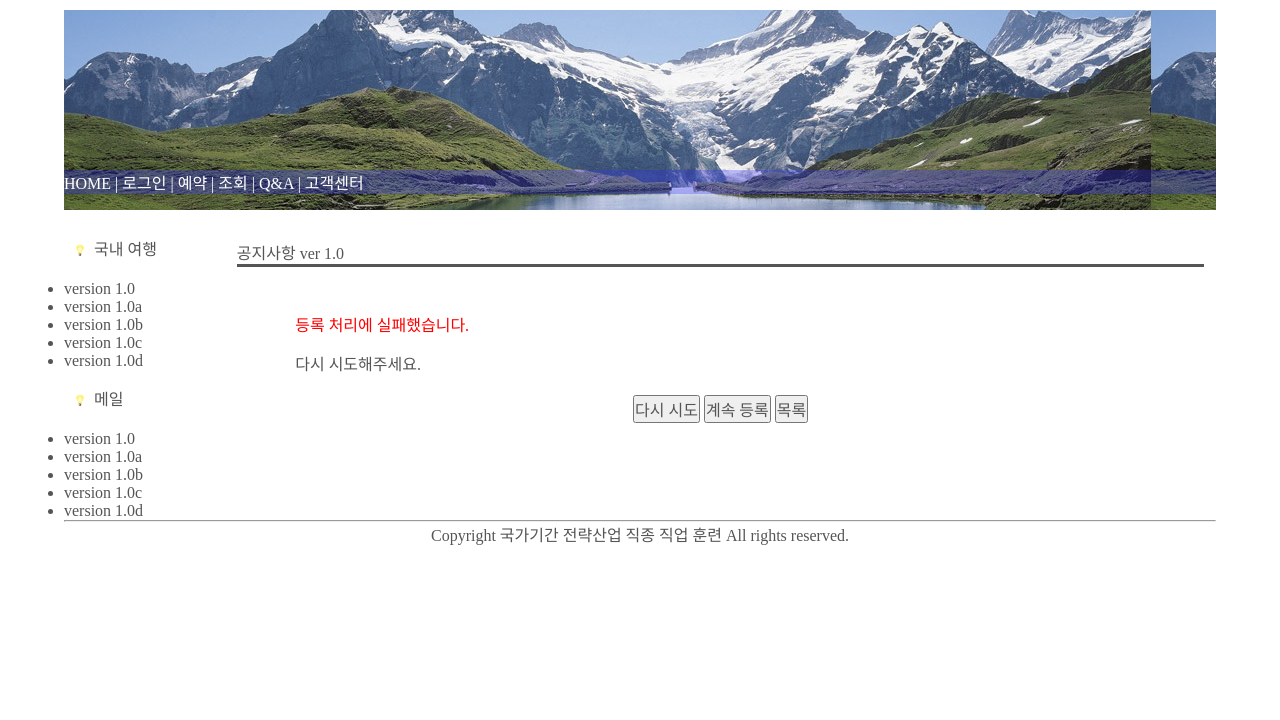
Repository: jangky000/ai_web
Page: http://localhost/blog_v2jc/mail_app/create_proc.jsp
The author's editor kept a copy of each file at every save. The page is drawn from the files as they stood at one save, then again after the next save.
The browser window is 1280 px wide. The pictures show the whole page.
The page is served by Tomcat 9. Other server files are loaded and not shown. Queries for data that is not in the repository find no rows.

Above is the page before, as saved 2020-03-27 04:14:51.

### ws__frame/blog_v2jc/WebContent/mail_app/create_proc.jsp
<%@ page contentType="text/html; charset=UTF-8" %>

 <!-- MySQL에서 DBMS에 연결할때 쓰던 import 패키지와 구성이 같다. -->
 <!-- MovieDAO2.java 참조 -->
<%@ page import="java.sql.Connection" %>
<%@ page import=" java.sql.DriverManager" %>
<%@ page import="java.sql.PreparedStatement" %>
<%@ page import="java.sql.ResultSet" %>
<%@ page import="java.sql.SQLException" %>

<%
request.setCharacterEncoding("utf-8");
String root = request.getContextPath();
%>

<%
// 필요 변수 선언
Connection con = null;              // DBMS 연결
PreparedStatement pstmt = null; // SQL 실행
ResultSet rs = null;                   // SELECT 결과를 저장
StringBuffer sql = null;              // SQL 문장
int count = 0;                         // 처리된 레코드 갯수

// MYSQL
// String className = "org.gjt.mm.mysql.Driver"; // MySQL 연결 Driver
// String url = "jdbc:mysql://172.16.12.4:3306/javadb?useUnicode=true&characterEncoding=euckr"; //데이터베이스 javadb 사용

//Oracle, jdbc 연결
String className = "oracle.jdbc.driver.OracleDriver"; // Oracle 연결 Driver
String url = "jdbc:oracle:thin:@127.0.0.1:1521:XE"; //XE -> soldesk 등으로 달라질 수 있다.

String user = "ai6";
String password = "1234";
%>

<!DOCTYPE html>
<html lang="ko">
<head>
<meta charset="UTF-8">
<title></title>
<link href="<%=root%>/css/style.css" rel="Stylesheet" type="text/css">
</head>
<body>
<jsp:include page="/menu/top.jsp" flush='false' />
  <div class="title_line">공지사항 ver 1.0</div>
  <fieldset class="fieldset_basic">
    <!-- <legend class="legend_basic">공지사항 등록</legend> -->
      <ul>
        <%
        String title = request.getParameter("title");
        String content = request.getParameter("content");
        String rname = request.getParameter("rname");
        String passwd = request.getParameter("passwd");

      //네트워크 설정에 예외처리가 필수
        try {
          Class.forName(className); // memory로 클래스를 로딩함, 객체는 생성하지 않음.
          con = DriverManager.getConnection(url, user, password ); // MySQL 연결

          sql = new StringBuffer();
          //SQL문 앞에 한 칸 공백 만들기 + ' ; '지우기
          sql.append(" INSERT INTO notice(noticeno, title, content, rname, passwd, rdate )");
          sql.append(" VALUES (notice_seq.nextval, ?, ?, ?, ?, sysdate)"); // '?'는 ?값으로 판단, 문자열도 single quatation 없이 사용

          //StringBuffer를 문자열로 변환
          pstmt = con.prepareStatement(sql.toString());

          pstmt.setString(1, title);
          pstmt.setString(2, content);
          pstmt.setString(3, rname);
          pstmt.setString(4, passwd);

          //pstmt 바인딩 후에 실행
          count = pstmt.executeUpdate(); // INSERT, UPDATE, DELETE를 실행

        } catch (SQLException e) {
          System.out.println("SQL 실행 중 예외 발생");
          e.printStackTrace(); // 예외가 발생하기까지의 실행 과정 출력
        } catch (ClassNotFoundException e) {
          System.out.println("JDBC 드라이버가 없습니다.");
          e.printStackTrace();
        } finally {
          //try{ if (rs != null){ rs.close(); } }catch(Exception e){ }
          // 따로 에러 출력하지 않고 연결 종료
          try{ if (pstmt != null){ pstmt.close(); } }catch(Exception e){ }
          try{ if (con != null){ con.close(); } }catch(Exception e){ }
        }

      if(count == 1){
        %>
        <li class="li_none">등록 처리에 성공했습니다.</li>
        <%
      } else{
        %>
        <li class="li_error" >등록 처리에 실패했습니다.</li>
        <li class="li_none">다시 시도해주세요. </li>
        <%
      }
        %>
      </ul>
      <div class ="bottom_menu">
        <!-- onclick = "" javascript 연결 -->
        <%
        if(count == 0){
          %>
          <button type="button" onclick="history.back();">다시 시도</button>
          <%
        }
        %>
        <button type="button" onclick="location.href = './create_form.jsp'">계속 등록</button>
        <button type="button" onclick="location.href = './list.jsp'">목록</button>
      </div>
  </fieldset>

<jsp:include page="/menu/bottom.jsp" flush='false' />
</body>
</html>
</html>

### ws__frame/blog_v2jc/WebContent/menu/top.jsp
<%@ page contentType="text/html; charset=UTF-8" %>
<!-- jsp: include를 사용했기 때문에 root로 인한 충돌이 발생하지 않는다. -->
<% String root = request.getContextPath(); %>

<DIV class='container'>
  <DIV class='top_img'>
    <NAV class="top_menu">
      <a href="<%=root %>" class="menu_link">HOME</a> | 로그인 | 예약 | 조회 | Q&A | 고객센터
    </NAV>
  </DIV>

  <DIV style='margin-top: 10px;'> <!-- 좌측 메뉴 + 내용 시작 -->
    <DIV class='left_menu'> <!--  좌측 메뉴 시작 -->
      <div class="li_left_menu_1" >국내 여행</div>
      <UL>
         <!-- 모든 위치에서 동일한 주소를 찾아야하므로, 절대 경로로 설정 -->
        <LI class="li_left_menu_2"><a href="<%= request.getContextPath() %>/notice1/list.jsp">version 1.0</a></LI>
        <LI class="li_left_menu_2"><a href="<%= request.getContextPath() %>/notice1a/list.jsp">version 1.0a</a></LI>
        <LI class="li_left_menu_2"><a href="<%= request.getContextPath() %>/notice1b/list.jsp">version 1.0b</a></LI>
        <LI class="li_left_menu_2"><a href="<%= request.getContextPath() %>/notice1c/list.jsp">version 1.0c</a></LI>
        <LI class="li_left_menu_2"><a href="<%= request.getContextPath() %>/notice1d/list.jsp">version 1.0d</a></LI>
      </UL>
      <!-- br을 쓰는 것보다 margin으로 여백을 주는 것이 낫다 -->
      <div class="li_left_menu_1">메일</div>
      <UL>
        <LI class="li_left_menu_2"><a href="<%= request.getContextPath() %>/mail_app/list.jsp">version 1.0</a></LI>
        <LI class="li_left_menu_2"><a href="<%= request.getContextPath() %>/mail_app1a/list.jsp">version 1.0a</a></LI>
        <LI class="li_left_menu_2"><a href="<%= request.getContextPath() %>/mail_app1b/list.jsp">version 1.0b</a></LI>
        <LI class="li_left_menu_2"><a href="<%= request.getContextPath() %>/mail_app1c/list.jsp">version 1.0c</a></LI>
        <LI class="li_left_menu_2"><a href="<%= request.getContextPath() %>/mail_app1d/list.jsp">version 1.0d</a></LI>
      </UL>

    </DIV>  <!--  좌측 메뉴 종료 -->

    <DIV class='content_body'> <!--  내용 시작 -->

### ws__frame/blog_v2jc/WebContent/menu/bottom.jsp
<%@ page contentType="text/html; charset=UTF-8" %>

    </DIV> <!-- 내용 종료 -->
  </DIV> <!-- 좌측 메뉴 + 내용 종료 -->

  <!-- 화면 하단 메뉴 -->
  <DIV class='copyright'>
    <HR>
    Copyright 국가기간 전략산업 직종 직업 훈련 All rights reserved.
  </DIV>

</DIV> <!-- 컨테이너 종료 -->

### ws__frame/blog_v2jc/WebContent/css/style.css
/* ver 0.2 */
/* 모든 태그에 적용 */
  *{
     font-family: Malgun Gothic;
     font-size: 16px;
     margin: 0px;  /* top right bottom left */
     padding: 0px;
     color: #555555;
  }

  .container {
    width: 90%;
    margin: 10px auto;
  }

  /*
  이미지 경로 지정
  권장하지 않는 방법(절대경로): background-image: url('/blog_v2jc/css/images/top_image.jpg');
  권장하는 방법(상대경로): background-image: url('./images/top_image.jpg');
  style.css 파일이 include(link)되는 폴더를 현재 폴더로 인식함
  /blog_v2jc/css/style.css에서 사용
  /blog_v2jc/css/images/top_image.jpg 인식
   */
  .top_img {
    width: 100%;
    height: 200px;
    /* background-image: url('/blog_v2jc/menu/images/top_image.jpg'); */
    background-image: url('./images/top_image.jpg');
  }

  .top_menu {
    position: relative;  /* 부모 태그 기준 화면 상단 기준 */
    top: 80%;
    /* left: 2px;  */
    background-color: rgba(50, 50, 255, 0.3);
    color: white;
  }

  .left_menu {
    width: 15%;
    float: left;
  }

  .content_body {
    width: 84%;
    float: left;
  }

  .content_bottom {

  }

  .bottom_menu {
    text-align: center;
    margin: 20px auto;
    clear: both;
  }

  .copyright {
    text-align: center;
    margin: 20px auto; /* 블럭 가운데 정렬 */
    clear: both; /*  float: left; 해제 float 효과를 제거 */
  }

  .li_warning{/* 경고 메시지 */
    list-style: none;
    margin: 15px 10px;
    color: #ff6600;
  }

  .li_error{ /* 에러 메시지 */
    list-style: none;
    margin: 15px 10px;
    color: #FF0000;
  }

  .li_none{
    list-style: none;
    margin: 15px 10px;
  }

  .fieldset_basic{
    width:90%;
    margin:10px auto;
    border-top: none;
    border-right: none;
    border-bottom: none;
    border-left: none;
    padding: 10px;
  }

  .legend_basic{
    margin-left:30px;
    border:solid 1px #999999;
    background-color: #A6C2FF;
    color:#FFFFFF;
  }

  input:focus {outline:none;}
  .input_basic{
    border-top: none;
    border-right: none;
    border-bottom: solid 1px #999999;
    border-left: none;
  }

  .title_line{
    text-align:left;
    /* text-decoration: underline; */
    border-bottom: solid 3px #555555;
    width: 100%;
    margin: 20px auto;

  }

  .sub_menu{
    text-align: right;
    width: 100%;
  }

  .table_basic{
    border-collapse: collapse; /* 셀 합치기 */
    margin: 2px auto;
    width: 100%;
  }

  /*
    1em 기본값: 16px, 주변 태그의 글자 크기를 1em으로 인식
    div 태그가 20px일 경우 자식 태그가 0.5em이면 최종적으로 10px이 적용됨.
  */
  .th_basic{
    font-size: 0.8em;
    border-bottom: solid 1px #999999;
  }

  .td_basic{
    background-color: #ffffff;

    border-top: none;
    border-right: none;
    border-bottom: solid 1px #dddddd;
    border-left: none;

    text-align: center;
  }

  .td_left{
    background-color: #ffffff;

    border-top: none;
    border-right: none;
    border-bottom: solid 1px #dddddd;
    border-left: none;

    text-align: left;
  }

  A:link{  /* 방문전 상태 */
    text-decoration: none; /* 밑줄 삭제 */
    color: #555555;
  }

  A:visited{  /* 방문후 상태 */
    text-decoration: none; /* 밑줄 삭제 */
    color: #555555;
  }

  A:hover{  /* A 태그에 마우스가 올라간 상태 */
    text-decoration: underline; /* 밑줄 출력 */
    color: #7777FF;
  }

  A:active{  /* A 태그를 클릭한 상태 */
    text-decoration: underline; /* 밑줄 출력 */
    color: #7777FF;
  }

  /* top menu */
  .menu_link:link{  /* 방문전 상태 */
    text-decoration: none; /* 밑줄 삭제 */
    color: white;
  }

  .menu_link:visited{  /* 방문후 상태 */
    text-decoration: none; /* 밑줄 삭제 */
    color: white;
  }

  .menu_link:hover{  /* A 태그에 마우스가 올라간 상태 */
    text-decoration: underline; /* 밑줄 출력 */
    color: white;
    /* font-weight: bold; */
  }

  .menu_link:active{  /* A 태그를 클릭한 상태 */
    text-decoration: underline; /* 밑줄 출력 */
    color: white;
  }

  .content_title{
    border-top: none;
    border-right: none;
    border-bottom: solid 1px #999999;
    border-left: none;

    margin-bottom: 20px;
  }

  .content_bottom{
    border-top: none;
    border-right: none;
    border-bottom: none;
    border-left: none;
    margin: 20px 0;
    text-align: right;
    font-size: 0.8em;
  }

  .li_left_menu_1{/* 화면 좌측 대분류 */
    list-style: none;
    margin: 15px 10px;
    background: url(./images/li_left_menu_1.png) left center no-repeat; /* url 왼쪽 중간 반복x */
    background-size: 12px;
    padding-left: 20px;
    line-height: 30px;
  }

After the next save:
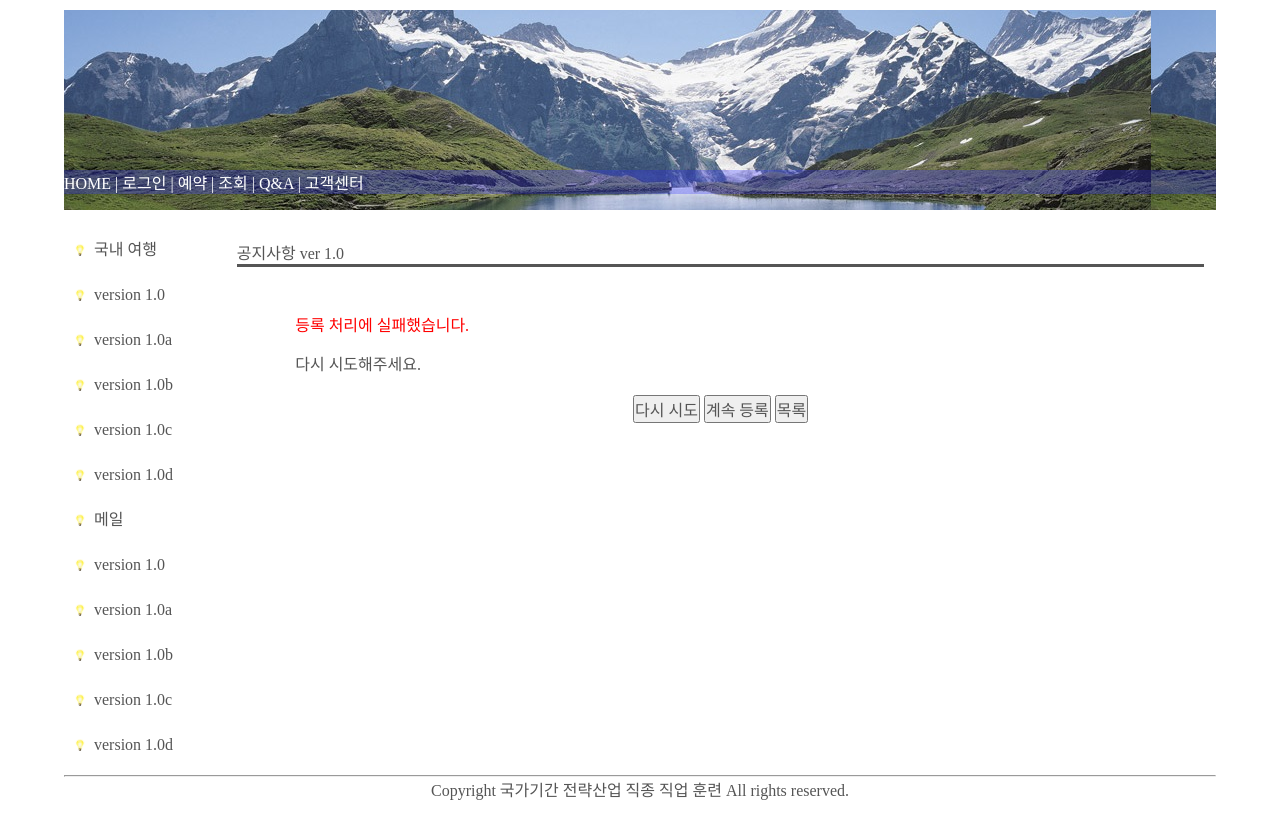
Saved 83 min 24 s later.
--- a/ws__frame/blog_v2jc/WebContent/css/style.css
+++ b/ws__frame/blog_v2jc/WebContent/css/style.css
@@ -224,3 +224,12 @@
     padding-left: 20px;
     line-height: 30px;
   }
+
+  .li_left_menu_2{/* 화면 좌측 대분류 */
+    list-style: none;
+    margin: 15px 10px;
+    background: url(./images/li_left_menu_1.png) left center no-repeat; /* url 왼쪽 중간 반복x */
+    background-size: 12px;
+    padding-left: 20px;
+    line-height: 30px;
+  }
